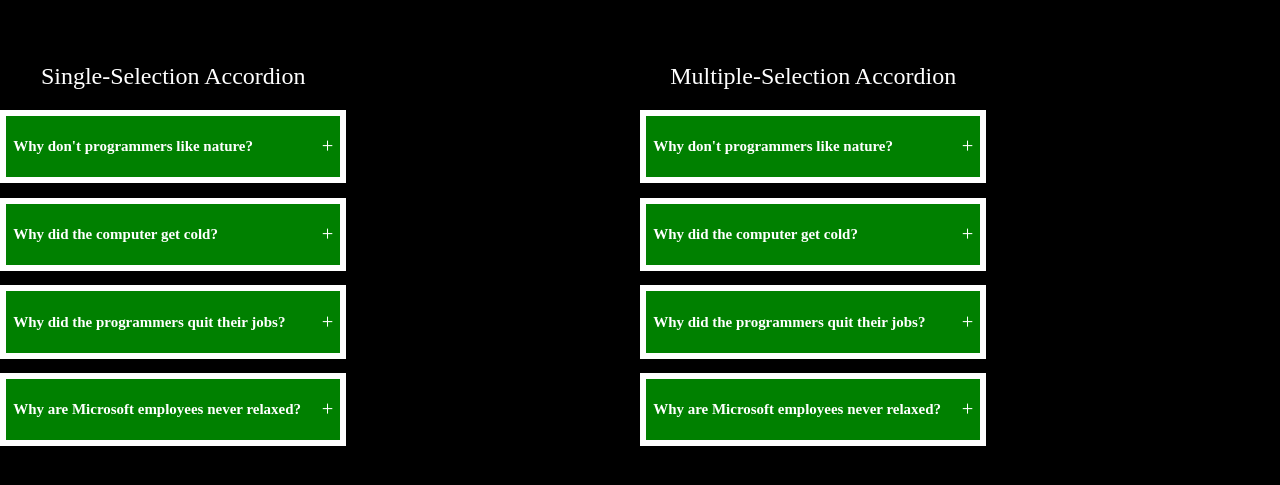
Repository: kosenijr/react-projects
Page: / (app in accordion/)
An editor plug-in stored every save of this project. The page is shown before and after the next save, followed by the edit.
The browser window is 1280 px wide. The pictures show the whole page.
The project was rebuilt for these pictures with package versions that can differ from the ones it lists, and the page was loaded fresh each time.

Above is the page before, as saved 2024-03-03 12:56:43.

After the next save:
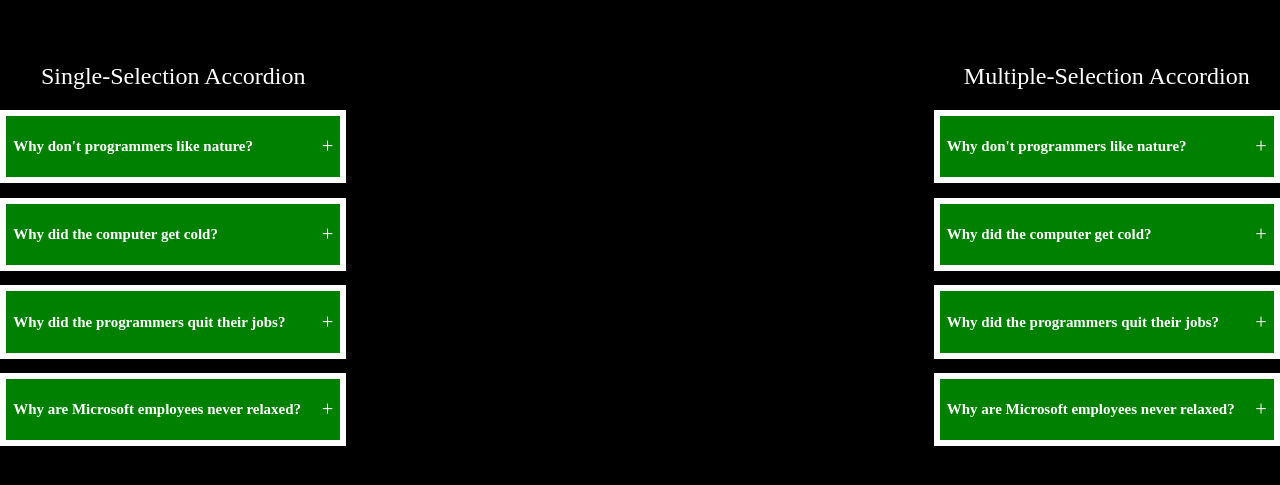
Saved 9 s later.
--- a/accordion/src/App.css
+++ b/accordion/src/App.css
@@ -1,7 +1,7 @@
 .App {
   height: 100vh;
   width: 100vw;
-  justify-content: space-betwqeen;
+  justify-content: space-between;
   text-align: center;
   display: flex;
   background-color: black;
